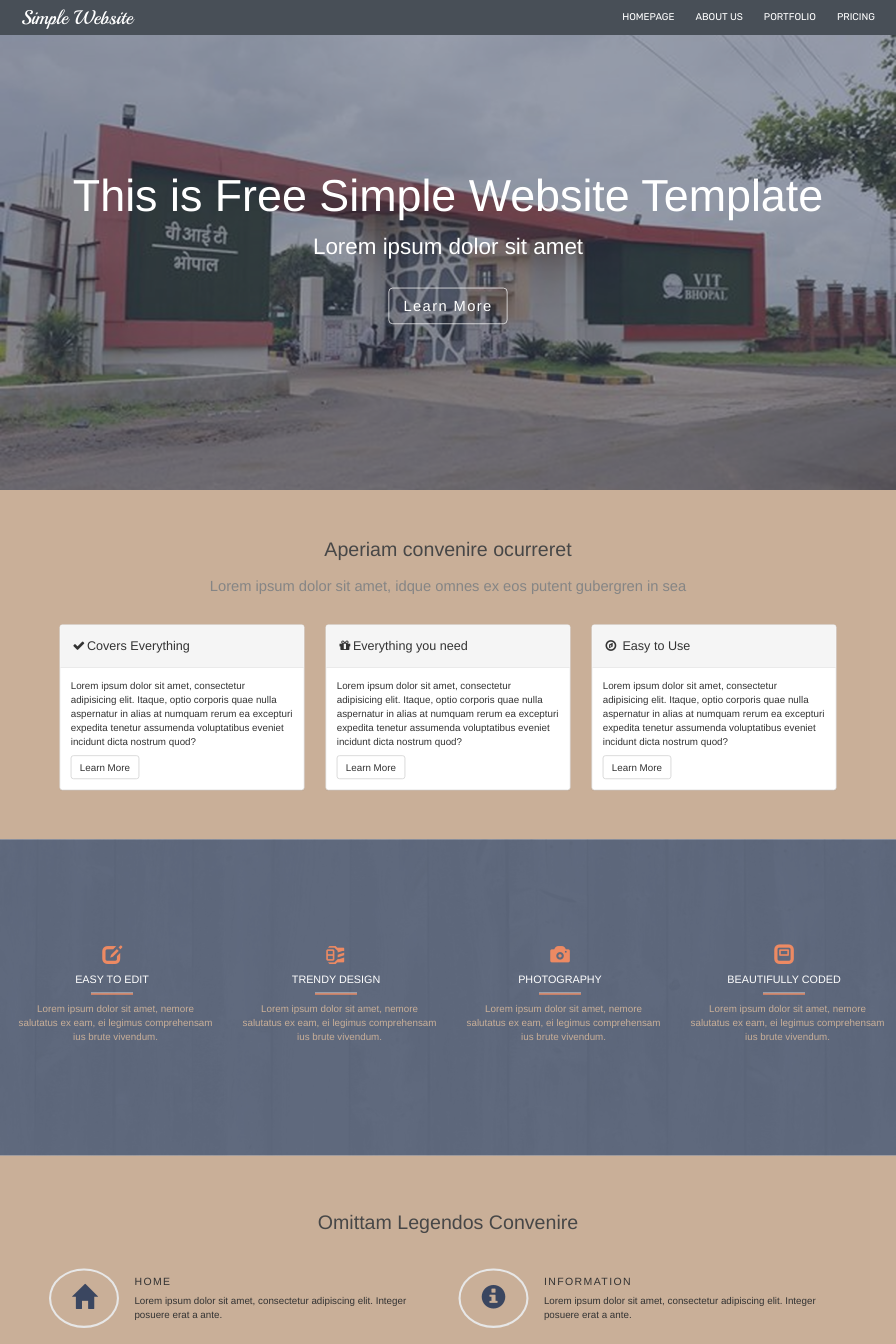
Repository: Aksh-Raizada/EPICS-Project
Page: index.html
An editor plug-in stored every save of this project. The page is shown before and after the next save, followed by the edit.
The browser window is 1280 px wide. The pictures show the part of the page from y = 0 to 1920 px (the page is 5115 px tall), at 70% of full size.
Some web libraries are served in a nearby version.

Above is the page before, as saved 2024-02-09 00:04:31.
Console error (its wording comes from the project's code and is left out).

### index.html
<!DOCTYPE html>
<html>

<head>

    <title>Digital Transformation</title>

    <meta charset="utf-8" />

    <link rel="stylesheet" type="text/css" href="css/style.css">
    <link rel="stylesheet" type="text/css" href="css/animate.css">
    <link rel="stylesheet" type="text/css" href="css/circle.css">
    <link rel="stylesheet" href="https://maxcdn.bootstrapcdn.com/font-awesome/4.4.0/css/font-awesome.min.css">
    <link rel="stylesheet" href="https://maxcdn.bootstrapcdn.com/bootstrap/3.3.5/css/bootstrap.min.css">
    <link href='https://fonts.googleapis.com/css?family=Playball' rel='stylesheet' type='text/css'>
    <link href='https://fonts.googleapis.com/css?family=Rubik' rel='stylesheet' type='text/css'>
    <script src="http://ajax.googleapis.com/ajax/libs/jquery/2.0.0/jquery.min.js"></script>
    <script src="js/bootstrap.min.js"></script>
    <script src="js/wow.min.js"></script>
    <meta name="viewport" content="width=device-width, initial-scale=1">

    <script>
        new WOW().init();
    </script>

		<script>

			$(function() {
  				$('a[href*=#]:not([href=#])').click(function() {
    				if (location.pathname.replace(/^\//,'') == this.pathname.replace(/^\//,'') && location.hostname == this.hostname) {
      					var target = $(this.hash);
      					target = target.length ? target : $('[name=' + this.hash.slice(1) +']');
      					if (target.length) {
        					$('html,body').animate({
          						scrollTop: target.offset().top
        					}, 1000);
        				return false;
      					}
    				}
  				});
			});

		</script>

        <style>
            .sticky {
                position: fixed;
                top: 0;
                width: 100%;
                }

        </style>
</head>

<body>

    <header>

        <nav class="navbar-default" style="border-radius:0;"  id="navbar">
            <div class="container-fluid">
                <div class="navbar-header">
                    <button type="button" class="navbar-toggle collapsed" data-toggle="collapse" data-target="#bs-example-navbar-collapse-1" aria-expanded="false">
                        <span class="sr-only">Toggle navigation</span>
                        <span class="icon-bar"></span>
                        <span class="icon-bar"></span>
                        <span class="icon-bar"></span>
                    </button>
                    <a class="navbar-brand" href="#" style="font-family: 'Playball', cursive; font-size: 28px; color: #fff;">Simple Website</a>
                </div>

                <!-- Collect the nav links, forms, and other content for toggling -->
                <div class="collapse navbar-collapse" id="bs-example-navbar-collapse-1">

                    <ul class="nav navbar-nav navbar-right">
                        <li><a href="#">HOMEPAGE</a>
                        </li>
                        <li><a href="#content2">ABOUT US</a>
                        </li>
                        <li><a href="#content6">PORTFOLIO</a>
                        </li>
                        <li><a href="#content8">PRICING</a>
                        </li>
                    </ul>
                </div>
            </div>
        </nav>

        <style>
            .navbar-default {
                background: transparent;
            }
            .navbar-default .navbar-nav>li>a {
                color: #fff;
                font-weight: 300;
                font-family: 'Rubik', sans-serif;
            }

            .navbar-sticky {
                background: rgb(72, 79, 87);
            }
            .navbar-sticky .navbar-nav>li>a {
                color: #fff;
                font-weight: 300;
                font-family: 'Rubik', sans-serif;
            }


        </style>

    </header>

    <div class="banner">
        <div class="opacity_overlay">
            <div class="info">
                <h2>This is Free Simple Website Template</h2>
                <br>
                <h3>Lorem ipsum dolor sit amet</h3>
                <br>
                <a href="#content"><button type="button" id="proceed">Learn More</button></a>
            </div>
        </div>
    </div>

    <section id="content">
        <div class="container">
            <h2>Aperiam convenire ocurreret</h2>
            <h3>Lorem ipsum dolor sit amet, idque omnes ex eos putent gubergren in sea</h3>

            <div class="boxes">
                <div class="col-md-4">
                    <div class="panel panel-default">
                        <div class="panel-heading">
                            <h4 class="wow flipInX"><i class="fa fa-fw fa-check"></i>Covers Everything</h4>
                        </div>
                        <div class="panel-body">
                            <p>Lorem ipsum dolor sit amet, consectetur adipisicing elit. Itaque, optio corporis quae nulla aspernatur in alias at numquam rerum ea excepturi expedita tenetur assumenda voluptatibus eveniet incidunt dicta nostrum quod?</p>
                            <a href="#" class="btn btn-default">Learn More</a>
                        </div>
                    </div>
                </div>
                <div class="col-md-4">
                    <div class="panel panel-default">
                        <div class="panel-heading">
                            <h4 class="wow flipInX"><i class="fa fa-fw fa-gift"></i>Everything you need</h4>
                        </div>
                        <div class="panel-body">
                            <p>Lorem ipsum dolor sit amet, consectetur adipisicing elit. Itaque, optio corporis quae nulla aspernatur in alias at numquam rerum ea excepturi expedita tenetur assumenda voluptatibus eveniet incidunt dicta nostrum quod?</p>
                            <a href="#" class="btn btn-default">Learn More</a>
                        </div>
                    </div>
                </div>
                <div class="col-md-4">
                    <div class="panel panel-default">
                        <div class="panel-heading">
                            <h4 class="wow flipInX"><i class="fa fa-fw fa-compass"></i> Easy to Use</h4>
                        </div>
                        <div class="panel-body">
                            <p>Lorem ipsum dolor sit amet, consectetur adipisicing elit. Itaque, optio corporis quae nulla aspernatur in alias at numquam rerum ea excepturi expedita tenetur assumenda voluptatibus eveniet incidunt dicta nostrum quod?</p>
                            <a href="#" class="btn btn-default">Learn More</a>
                        </div>
                    </div>
                </div>
            </div>
        </div>
    </section>

    <section id="content2">
    	<div class="opacity_overlay">
    		<div class="container-fluid" style="padding: 0;">
    			<div class="col-md-3 col-sm-6">
    				<div class="feature-item text-center">
    					<span class="glyphicon glyphicon-edit glyphicon-lg"></span>
    					<h6>Easy To Edit</h6>
    					<hr>
    					<p>Lorem ipsum dolor sit amet, nemore salutatus ex eam, ei legimus comprehensam ius brute vivendum.</p>
    				</div>
    			</div>
    			<div class="col-md-3 col-sm-6">
    				<div class="feature-item text-center">
    					<span class="glyphicon glyphicon-compressed glyphicon-lg"></span>
    					<h6>Trendy Design</h6>
    					<hr>
    					<p>Lorem ipsum dolor sit amet, nemore salutatus ex eam, ei legimus comprehensam ius brute vivendum.</p>
    				</div>
    			</div>
    			<div class="col-md-3 col-sm-6">
    				<div class="feature-item text-center">
    					<span class="glyphicon glyphicon-camera glyphicon-lg"></span>
    					<h6>Photography</h6>
    					<hr>
    					<p>Lorem ipsum dolor sit amet, nemore salutatus ex eam, ei legimus comprehensam ius brute vivendum.</p>
    				</div>
    			</div>
    			<div class="col-md-3 col-sm-6">
    				<div class="feature-item text-center">
    					<span class="glyphicon glyphicon-modal-window glyphicon-lg"></span>
    					<h6>Beautifully Coded</h6>
    					<hr>
    					<p>Lorem ipsum dolor sit amet, nemore salutatus ex eam, ei legimus comprehensam ius brute vivendum.</p>
    				</div>
    			</div>
    		</div>
    	</div>
    </section>

    <section id="content3">
        <div class="information">
            <div class="container">
                <div class="row">
                    <div class="title">
           				<h2>Omittam Legendos Convenire</h2>
                    </div>
                    <br>
                    <br>
                    <div class="col-md-6">
                        <div class="blockquote-box clearfix">
                            <div class="square pull-left">
                                <span class="glyphicon glyphicon-home glyphicon-lg"></span>
                            </div>
                            <h4>
                    Home</h4>
                            <p>
                                Lorem ipsum dolor sit amet, consectetur adipiscing elit. Integer posuere erat a ante.
                            </p>
                        </div>
                        <div class="blockquote-box blockquote-primary clearfix">
                            <div class="square pull-left">
                                <span class="glyphicon glyphicon-envelope glyphicon-lg"></span>
                            </div>
                            <h4>
                    Mail</h4>
                            <p>
                                Lorem ipsum dolor sit amet, consectetur adipiscing elit. Integer posuere erat a ante.
                            </p>
                        </div>
                        <div class="blockquote-box blockquote-success clearfix">
                            <div class="square pull-left">
                                <span class="glyphicon glyphicon-user glyphicon-lg"></span>
                            </div>
                            <h4>
                    Users</h4>
                            <p>
                                Lorem ipsum dolor sit amet, consectetur adipiscing elit. Integer posuere erat a ante.
                            </p>
                        </div>
                    </div>
                    <div class="col-md-6">
                        <div class="blockquote-box blockquote-info clearfix">
                            <div class="square pull-left">
                                <span class="glyphicon glyphicon-info-sign glyphicon-lg"></span>
                            </div>
                            <h4>
                    Information</h4>
                            <p>
                                Lorem ipsum dolor sit amet, consectetur adipiscing elit. Integer posuere erat a ante.
                            </p>
                        </div>
                        <div class="blockquote-box blockquote-warning clearfix">
                            <div class="square pull-left">
                                <span class="glyphicon glyphicon-signal glyphicon-lg"></span>
                            </div>
                            <h4>
                    Charts</h4>
                            <p>
                                Lorem ipsum dolor sit amet, consectetur adipiscing elit. Integer posuere erat a ante.
                            </p>
                        </div>
                        <div class="blockquote-box blockquote-danger clearfix">
                            <div class="square pull-left">
                                <span class="glyphicon glyphicon-globe glyphicon-lg"></span>
                            </div>
                            <h4>
                   Global</h4>
                            <p>
                                Lorem ipsum dolor sit amet, consectetur adipiscing elit. Integer posuere erat a ante.
                            </p>
                        </div>
                    </div>
                </div>
            </div>
    </section>

    <section id="content4">
    	<div class="container">
    		<h3>Lorem ipsum dolor sit amet</h3>
    		<hr>
    		<div class="product-info">
    			<div class="col-md-4 col-sm-6">
    				<div class="left-text pull-left">
    					<h5>New Products</h5>
    					<h4>Increase Profits</h4>
    					<hr>
    					<p>Vocibus persecuti incorrupte no qui, sed in euismod appareat democritum. Ea alienum apeirian eam, pro porro inermis ut.</p>
    				</div>
    			</div>
    			<div class="col-md-4 col-sm-6">
    				<div class="left-text pull-left">
    					<h5>New Products</h5>
    					<h4>Increase Reputation</h4>
    					<hr>
    					<p>Vocibus persecuti incorrupte no qui, sed in euismod appareat democritum. Ea alienum apeirian eam, pro porro inermis ut.</p>
    				</div>
    			</div>
    			<div class="col-md-4 col-sm-6">
    				<div class="left-text pull-left">
    					<h5>New Products</h5>
    					<h4>Increase Business</h4>
    					<hr>
    					<p>Vocibus persecuti incorrupte no qui, sed in euismod appareat democritum. Ea alienum apeirian eam, pro porro inermis ut.</p>
    				</div>
    			</div>
    		</div>
    	</div>
    </section>

    <section id="content5">
    	<div class="opacity_overlay">
    		<div class="container">
    			<h3>Our Skills</h3>
    			<div class="col-md-4 col-sm-6">
    				<div class="c100 p25">
						<span>25%</span>
						<div class="slice">
							<div class="bar"></div>
							<div class="fill"></div>
						</div>
					</div>
					<h4>JQuery</h4>
    			</div>
    			<div class="col-md-4 col-sm-6">
    				<div class="c100 p50 green">
						<span>50%</span>
						<div class="slice">
							<div class="bar"></div>
							<div class="fill"></div>
						</div>
					</div>
					<h4>CSS</h4>
    			</div>
    			<div class="col-md-4 col-sm-6">
    				<div class="c100 p75 orange">
						<span>75%</span>
						<div class="slice">
							<div class="bar"></div>
							<div class="fill"></div>
						</div>
					</div>
					<h4>HTML</h4>
    			</div>
    		</div>
    	</div>
    </section>

    <section id="content6">
    	<div class="container">
            <h2>Aperiam convenire ocurreret</h2>
            <h3>Lorem ipsum dolor sit amet, idque omnes ex eos putent gubergren in sea</h3>

			<div class="col-md-4 col-sm-6 col-xs-6">
				<img src="images/gallery1.jpg" class="img-responsive">
			</div>
			<div class="col-md-4 col-sm-6 col-xs-6">
				<img src="images/gallery2.jpg" class="img-responsive">
			</div>
			<div class="col-md-4 col-sm-6 col-xs-6">
				<img src="images/gallery3.jpg" class="img-responsive">
			</div>
			<div class="col-md-4 col-sm-6 col-xs-6">
				<img src="images/gallery4.jpg" class="img-responsive">
			</div>
			<div class="col-md-4 col-sm-6 col-xs-6">
				<img src="images/gallery5.jpg" class="img-responsive">
			</div>
			<div class="col-md-4 col-sm-6 col-xs-6">
				<img src="images/gallery6.jpg" class="img-responsive">
			</div>
    	</div>
    </section>

    <section id="content7">
    	<div class="conatiner-fluid" style="padding: 0;">
    		<h2>Are you ready for the ultimate upgrade?</h2>
    	</div>
    </section>

    <section id="content8">
        <div id="pricing-table">
            <div class="container">
                <div class="row">
                    <div class="pricing">
                        <div class="col-md-4 col-sm-6 col-xs-12">
                            <div class="pricing-table">
                                <div class="pricing-header">
                                    <p class="pricing-title">Free Plan</p>
                                    <p class="pricing-rate"><sup>$</sup> 0 <span>/Mo.</span></p>
                                    <a href="#" class="btn btn-custom">And Get Free Month</a>
                                </div>

                                <div class="pricing-list">
                                    <ul>
                                        <li><i class="fa fa-envelope"></i>1,000 messages</li>
                                        <li><i class="fa fa-signal"></i><span>limited</span> data</li>
                                        <li><i class="fa fa-user"></i><span>limited</span> users</li>
                                        <li><i class="fa fa-smile-o"></i>first 10 day free</li>
                                    </ul>
                                </div>
                            </div>
                        </div>

                        <div class="col-md-4 col-sm-6 col-xs-12">
                            <div class="pricing-table">
                                <div class="pricing-header">
                                    <p class="pricing-title">Business Plan</p>
                                    <p class="pricing-rate"><sup>$</sup> 20 <span>/Mo.</span></p>
                                    <a href="#" class="btn btn-custom">And Get Free Month</a>
                                </div>

                                <div class="pricing-list">
                                    <ul>
                                        <li><i class="fa fa-envelope"></i>10,000 messages</li>
                                        <li><i class="fa fa-signal"></i><span>unlimited</span> data</li>
                                        <li><i class="fa fa-user"></i><span>unlimited</span> users</li>
                                        <li><i class="fa fa-smile-o"></i>first 10 day free</li>
                                    </ul>
                                </div>
                            </div>
                        </div>

                        <div class="col-md-4 col-sm-6 col-xs-12">
                            <div class="pricing-table">
                                <div class="pricing-header">
                                    <p class="pricing-title">Extended Plan</p>
                                    <p class="pricing-rate"><sup>$</sup> 80 <span>/Mo.</span></p>
                                    <a href="#" class="btn btn-custom">And Get Free Month</a>
                                </div>

                                <div class="pricing-list">
                                    <ul>
                                        <li><i class="fa fa-envelope"></i>10,0000 messages</li>
                                        <li><i class="fa fa-signal"></i><span>unlimited</span> data</li>
                                        <li><i class="fa fa-user"></i><span>unlimited</span> users</li>
                                        <li><i class="fa fa-smile-o"></i>first 10 day free</li>
                                    </ul>
                                </div>
                            </div>
                        </div>
                    </div>
                </div>
            </div>
        </div>
    </section>

    <hr>

	<section id="content9">
    	<div id="carousel">
        	<div class="container">
            	<div class="row">
                	<div class="col-md-8 col-md-offset-2">
                    	<div class="quote"><i class="fa fa-quote-left fa-4x"></i>
                    	</div>
                    	<div class="carousel slide" id="fade-quote-carousel" data-ride="carousel" data-interval="3000">
                        	<!-- Carousel indicators -->
                        	<ol class="carousel-indicators">
                            	<li data-target="#fade-quote-carousel" data-slide-to="0" class="active"></li>
                            	<li data-target="#fade-quote-carousel" data-slide-to="1"></li>
                            	<li data-target="#fade-quote-carousel" data-slide-to="2"></li>
                        	</ol>
                        	<!-- Carousel items -->
                        	<div class="carousel-inner">
                            	<div class="active item">
                                	<blockquote>
                                    	<p>Lorem ipsum dolor sit amet, consectetur adipisicing elit. Quidem, veritatis nulla eum laudantium totam tempore optio doloremque laboriosam quas, quos eaque molestias odio aut eius animi. Impedit temporibus nisi accusamus.</p>
                                	</blockquote>
                                	<div class="profile-circle" style="background-color: rgba(0,0,0,.2);"></div>
                            	</div>
                            	<div class="item">
                                	<blockquote>
                                    	<p>Lorem ipsum dolor sit amet, consectetur adipisicing elit. Quidem, veritatis nulla eum laudantium totam tempore optio doloremque laboriosam quas, quos eaque molestias odio aut eius animi. Impedit temporibus nisi accusamus.</p>
                                	</blockquote>
                                	<div class="profile-circle" style="background-color: rgba(77,5,51,.2);"></div>
                            	</div>
                            	<div class="item">
                                	<blockquote>
                                    	<p>Lorem ipsum dolor sit amet, consectetur adipisicing elit. Quidem, veritatis nulla eum laudantium totam tempore optio doloremque laboriosam quas, quos eaque molestias odio aut eius animi. Impedit temporibus nisi accusamus.</p>
                                	</blockquote>
                                	<div class="profile-circle" style="background-color: rgba(145,169,216,.2);"></div>
                            	</div>
                        	</div>
                    	</div>
                	</div>
            	</div>
        	</div>
    	</div>
	</section>

	<footer id="footer">
		<div class="container">
			<div class="col-md-4 col-sm-6">
				<h3>About Us</h3>
				<hr>
				<p>Lorem ipsum dolor sit amet, qui facilis epicuri at. Vis quando timeam ex, alia natum ut vix. At alii eros commune ius, discere nominati usu in, te vis dictas dolorum facilisi. Ei his semper laoreet suscipiantur.</p>
			</div>
			<div class="col-md-4 col-sm-6">
				<h3>Contact Info</h3>
				<hr>
				<ul class="contact-list">
					<li>
						<p>
							<i class="fa fa-home"></i>
							Trafalgar Square, Westminster, London WC2N 5DN
						</p>
						<p>
							<i class="fa fa-phone"></i>
							0800 240 0905
						</p>
						<p>
							<i class="fa fa-envelope-o"></i>
							support@template.com
						</p>
					</li>
				</ul>
			</div>
			<div class="col-md-4 col-sm-6">
				<h3>Newsletter</h3>
				<hr>
				<p>Subscribe to our newsletter to get the latest updates</p>
				<input type="email" placeholder="Email address..." required>
			</div>
		</div>
	</footer>

	<div id="copyright-part">
		<p>&copy 2022 <span>Template</span> All Rights Reserved</p>
	</div>


    <script>
        window.onscroll = function() {myFunction()};

        var navbar = document.getElementById("navbar");
        var sticky = navbar.offsetTop;

        function myFunction() {
          if (window.pageYOffset >= sticky) {
            navbar.classList.add("sticky")
            navbar.classList.add("navbar-sticky")
            navbar.classList.remove("navbar-default")
          } else {
            navbar.classList.remove("sticky")
          }
        }
        </script>
</body>

</html>

Loaded but not shown: css/animate.css (library); js/bootstrap.min.js (library); js/wow.min.js (library); css/circle.css (1065 lines, source omitted); css/style.css (713 lines, source omitted)

After the next save:
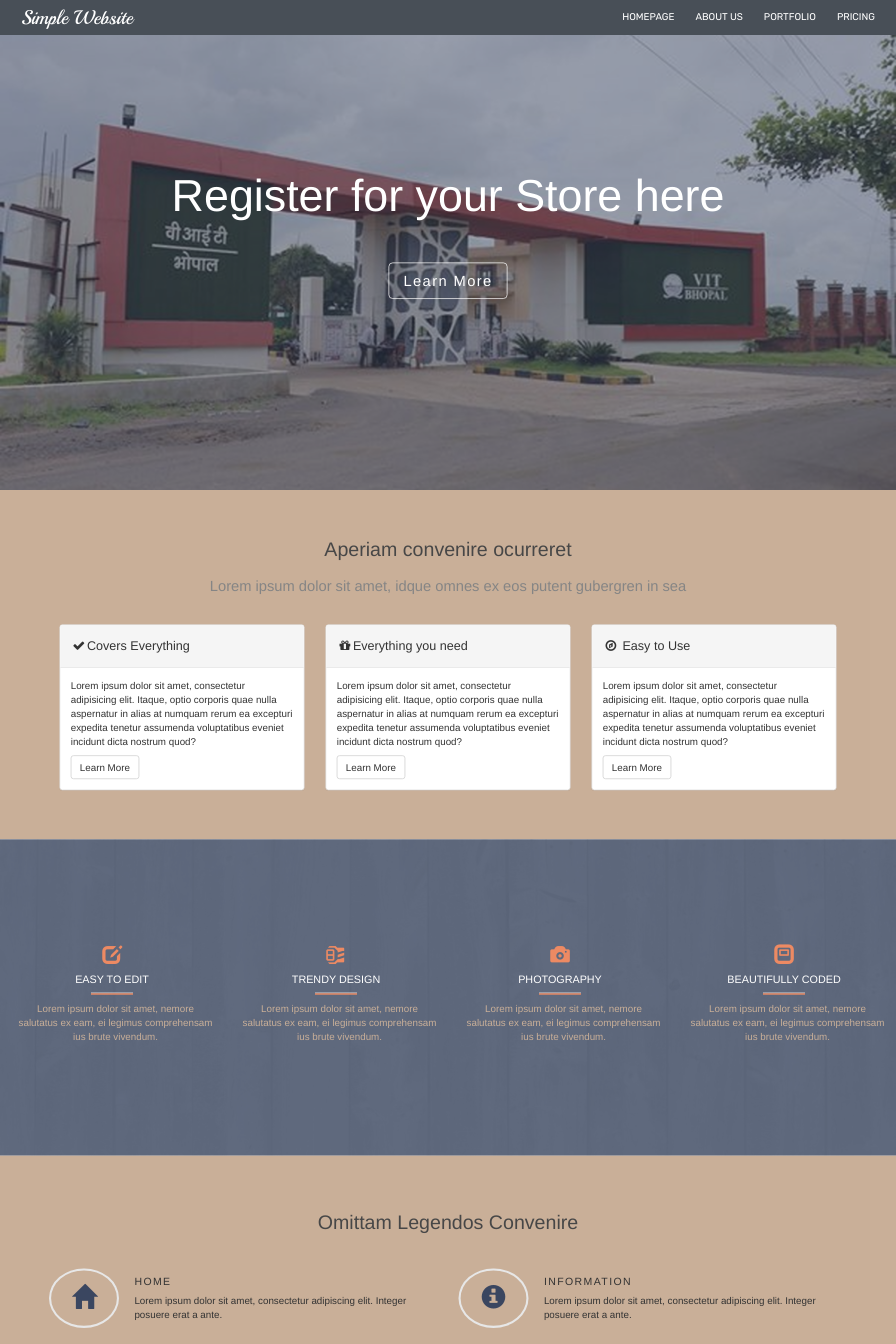
Saved 3 min 10 s later.
--- a/index.html
+++ b/index.html
@@ -112,9 +112,9 @@
     <div class="banner">
         <div class="opacity_overlay">
             <div class="info">
-                <h2>This is Free Simple Website Template</h2>
+                <h2>Register for your Store here</h2>
                 <br>
-                <h3>Lorem ipsum dolor sit amet</h3>
+                <h3>  </h3>
                 <br>
                 <a href="#content"><button type="button" id="proceed">Learn More</button></a>
             </div>
